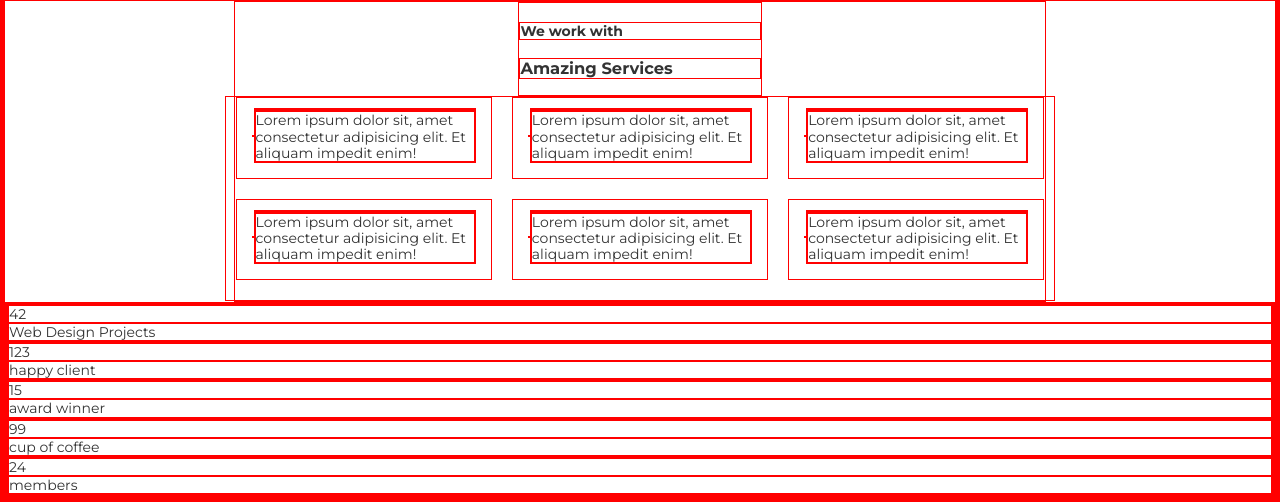
Repository: nataliiasaltan/Homework
Page: index.html
The author's editor kept a copy of each file at every save. The page is drawn from the files as they stood at one save, then again after the next save.
The browser window is 1280 px wide. The pictures show the part of the page from y = 901 to 1403 px (the page is 1403 px tall before and 1250 px after).

Above is the page before, as saved 2020-02-27 08:39:31.

After the next save:
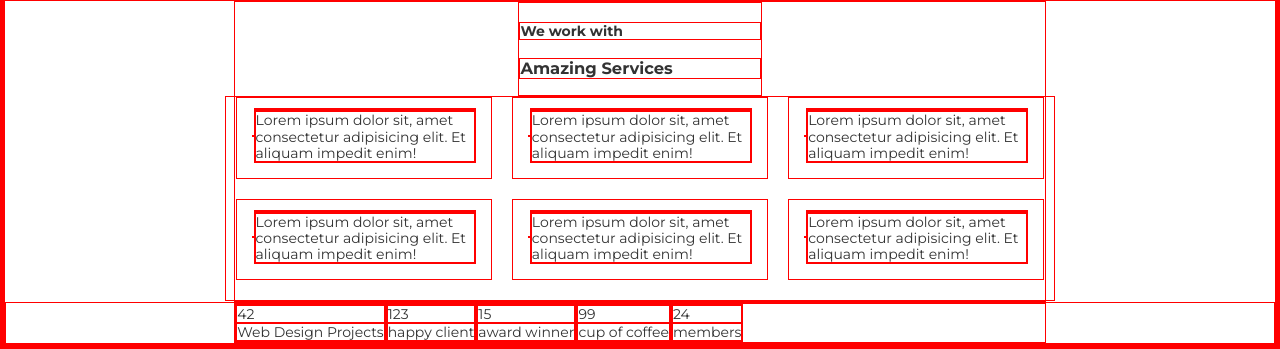
Saved 48 s later.
--- a/css/style.css
+++ b/css/style.css
@@ -201,3 +201,9 @@ header{
     display: flex;
     align-items: center;
 }
+
+.result__container{
+    max-width: 64%;
+    margin: 0 auto;
+    display: flex;
+}
